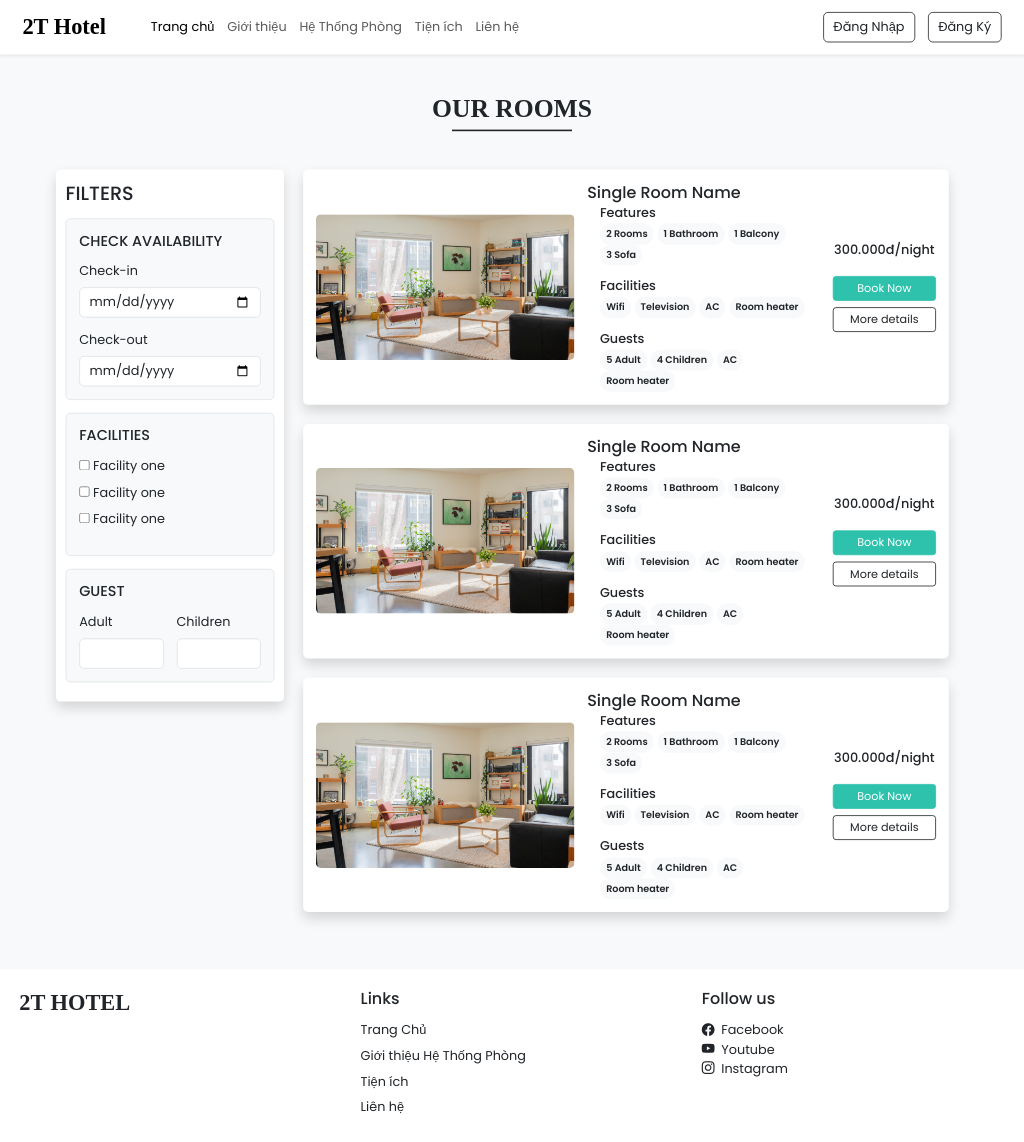
Repository: TaTongThanh2003/DoAnCoSo2024_BookingHotelWebsite
Page: http://localhost/WebsiteBookingHotel/rooms.php
These files come from the project's save history. The page is drawn as it stood at one moment and after the next save; the edit follows.
The browser window is 1280 px wide. The pictures show the whole page, at 80% of full size.
Some web fonts or font styles are not loaded; a fallback is used. The page is run by PHP 8.4 with error messages shown; the project is at /var/www/html/.

Above is the page before, as saved 2024-03-23 22:22:42.

### WebsiteBookingHotel/rooms.php
<!DOCTYPE html>
<html lang="en">

<head>
    <meta charset="UTF-8">
    <meta http-equiv="X-UA-Compatible" content="IE-edge">
    <meta name="viewport" content="width=device-width, initial-scale=1.0">
    <title>2T Hotel - ROOMS</title>
    <?php require('inc/links.php'); ?>
    <style>
    .pop:hover {
        border-top-color: var(--teal) !important;
        transform: scale(1.03);
        transition: all 0.3s;
    }
    </style>
    <link rel="stylesheet" href="https://cdn.jsdelivr.net/npm/swiper@11/swiper-bundle.min.css" />
    <style>
    @media screen and (max-width: 575px) {
        .availability-form {
            margin: 25px;
            padding: 0 35px;
        }
    }
    </style>
</head>

<body class="bg-light">
    <?php require('inc/header.php'); ?>

    <div class="my-5 px-4">
        <h2 class="fw-bold h-font text-center">OUR ROOMS</h2>
        <div class="h-line bg-dark"></div>
    </div>
    <div class="container">
        <div class="row">
            <div class="col-lg-3 col-md-12 mb-lg-0 mb-4 px-lg-0">
                <nav class="navbar navbar-expand-lg navbar-light bg-white rounded shadow ">
                    <div class="container-fluid flex-lg-column align-items-stretch">
                        <h4 class="mt-2">FILTERS</h4>
                        <button class="navbar-toggler " type="button" data-bs-toggle="collapse"
                            data-bs-target="#filterDropdown">
                            <span class="navbar-toggler-icon"></span>
                        </button>
                        <div class="collapse navbar-collapse flex-column align-items-stretch mt-2" id="filterDropdown">
                            <div class="border bg-light p-3 rounded mb-3">
                                <h5 class="mb-3" style="font-size: 18px;">CHECK AVAILABILITY</h5>
                                <label class="form-label">Check-in</label>
                                <input type="date" class="form-control shadow-none mb-3">
                                <label class="form-label">Check-out</label>
                                <input type="date" class="form-control shadow-none">
                            </div>
                            <div class="border bg-light p-3 rounded mb-3">
                                <h5 class="mb-3" style="font-size: 18px;">FACILITIES</h5>
                                <div class="mb-2">
                                    <input type="checkbox" id="f1" class="form-check-control shadow-none mb-3">
                                    <label class="form-check-label" for="f1">Facility one</label>
                                    <div class="mb-2">
                                        <input type="checkbox" id="f2" class="form-check-control shadow-none mb-3">
                                        <label class="form-check-label" for="f2">Facility one</label>
                                        <div class="mb-2">
                                            <input type="checkbox" id="f3" class="form-check-control shadow-none mb-3">
                                            <label class="form-check-label" for="f3">Facility one</label>
                                        </div>

                                    </div>
                                </div>
                            </div>
                            <div class="border bg-light p-3 rounded mb-3">
                                <h5 class="mb-3" style="font-size: 18px;">GUEST</h5>
                                <div class="d-flex">
                                    <div class="me-3">
                                        <label class="form-label">Adult</label>
                                        <input type="number" class="form-control shadow-none">
                                    </div>
                                    <div>
                                        <label class="form-label">Children</label>
                                        <input type="number" class="form-control shadow-none">
                                    </div>
                                </div>
                            </div>
                        </div>
                    </div>
                </nav>
            </div>

            <div class="col-lg-9 col-md-12 px-4">
                <div class="card mb-4 border-0 shadow">
                    <div class="row g-0 p-3 align-items-center ">
                        <div class="col-md-5 mb-lg-0 mb-md-0 mb-3">
                            <img src="images/rooms/1.jpg" class="img-fluid rounded">
                        </div>
                        <div class="col-md-5 px-lg-3 px-md-3 px-0">
                            <h5 class="mb-1">Single Room Name</h5>
                            <div class="features mb-3 px-lg-3">
                                <h6 class="mb-1">Features</h6>
                                <span class="badge rounded-pill bg-light text-dark text-wrap lh-base">
                                    2 Rooms
                                </span>
                                <span class="badge rounded-pill bg-light text-dark text-wrap lh-base">
                                    1 Bathroom
                                </span>
                                <span class="badge rounded-pill bg-light text-dark text-wrap lh-base">
                                    1 Balcony
                                </span>
                                <span class="badge rounded-pill bg-light text-dark text-wrap lh-base">
                                    3 Sofa
                                </span>
                            </div>
                            <div class="facilities mb-3 px-lg-3">
                                <h6 class="mb-1">Facilities</h6>
                                <span class="badge rounded-pill bg-light text-dark text-wrap lh-base">
                                    Wifi
                                </span>
                                <span class="badge rounded-pill bg-light text-dark text-wrap lh-base">
                                    Television
                                </span>
                                <span class="badge rounded-pill bg-light text-dark text-wrap lh-base">
                                    AC
                                </span>
                                <span class="badge rounded-pill bg-light text-dark text-wrap lh-base">
                                    Room heater
                                </span>
                            </div>
                            <div class="guests px-lg-3">
                                <h6 class="mb-1">Guests</h6>
                                <span class="badge rounded-pill bg-light text-dark text-wrap lh-base">
                                    5 Adult
                                </span>
                                <span class="badge rounded-pill bg-light text-dark text-wrap lh-base">
                                    4 Children
                                </span>
                                <span class="badge rounded-pill bg-light text-dark text-wrap lh-base">
                                    AC
                                </span>
                                <span class="badge rounded-pill bg-light text-dark text-wrap lh-base">
                                    Room heater
                                </span>
                            </div>
                        </div>
                        <div class="col-md-2 mt-lg-0 mt-md-0 mt-4 text-center">
                            <h6 class="mb-4">300.000đ/night</h6>
                            <a href="#" class="btn btn-sm w-100 text-white custom-bg shadow-none mb-2">Book Now</a>
                            <a href="#" class="btn btn-sm w-100 btn-outline-dark shadow-none">More details</a>
                        </div>
                    </div>
                </div>
                <div class="card mb-4 border-0 shadow">
                    <div class="row g-0 p-3 align-items-center ">
                        <div class="col-md-5 mb-lg-0 mb-md-0 mb-3">
                            <img src="images/rooms/1.jpg" class="img-fluid rounded">
                        </div>
                        <div class="col-md-5 px-lg-3 px-md-3 px-0">
                            <h5 class="mb-1">Single Room Name</h5>
                            <div class="features mb-3 px-lg-3">
                                <h6 class="mb-1">Features</h6>
                                <span class="badge rounded-pill bg-light text-dark text-wrap lh-base">
                                    2 Rooms
                                </span>
                                <span class="badge rounded-pill bg-light text-dark text-wrap lh-base">
                                    1 Bathroom
                                </span>
                                <span class="badge rounded-pill bg-light text-dark text-wrap lh-base">
                                    1 Balcony
                                </span>
                                <span class="badge rounded-pill bg-light text-dark text-wrap lh-base">
                                    3 Sofa
                                </span>
                            </div>
                            <div class="facilities mb-3 px-lg-3">
                                <h6 class="mb-1">Facilities</h6>
                                <span class="badge rounded-pill bg-light text-dark text-wrap lh-base">
                                    Wifi
                                </span>
                                <span class="badge rounded-pill bg-light text-dark text-wrap lh-base">
                                    Television
                                </span>
                                <span class="badge rounded-pill bg-light text-dark text-wrap lh-base">
                                    AC
                                </span>
                                <span class="badge rounded-pill bg-light text-dark text-wrap lh-base">
                                    Room heater
                                </span>
                            </div>
                            <div class="guests px-lg-3">
                                <h6 class="mb-1">Guests</h6>
                                <span class="badge rounded-pill bg-light text-dark text-wrap lh-base">
                                    5 Adult
                                </span>
                                <span class="badge rounded-pill bg-light text-dark text-wrap lh-base">
                                    4 Children
                                </span>
                                <span class="badge rounded-pill bg-light text-dark text-wrap lh-base">
                                    AC
                                </span>
                                <span class="badge rounded-pill bg-light text-dark text-wrap lh-base">
                                    Room heater
                                </span>
                            </div>
                        </div>
                        <div class="col-md-2 text-center">
                            <h6 class="mb-4">300.000đ/night</h6>
                            <a href="#" class="btn btn-sm w-100 text-white custom-bg shadow-none mb-2">Book Now</a>
                            <a href="#" class="btn btn-sm w-100 btn-outline-dark shadow-none">More details</a>
                        </div>
                    </div>
                </div>
                <div class="card mb-4 border-0 shadow">
                    <div class="row g-0 p-3 align-items-center ">
                        <div class="col-md-5 mb-lg-0 mb-md-0 mb-3">
                            <img src="images/rooms/1.jpg" class="img-fluid rounded">
                        </div>
                        <div class="col-md-5 px-lg-3 px-md-3 px-0">
                            <h5 class="mb-1">Single Room Name</h5>
                            <div class="features mb-3 px-lg-3">
                                <h6 class="mb-1">Features</h6>
                                <span class="badge rounded-pill bg-light text-dark text-wrap lh-base">
                                    2 Rooms
                                </span>
                                <span class="badge rounded-pill bg-light text-dark text-wrap lh-base">
                                    1 Bathroom
                                </span>
                                <span class="badge rounded-pill bg-light text-dark text-wrap lh-base">
                                    1 Balcony
                                </span>
                                <span class="badge rounded-pill bg-light text-dark text-wrap lh-base">
                                    3 Sofa
                                </span>
                            </div>
                            <div class="facilities mb-3 px-lg-3">
                                <h6 class="mb-1">Facilities</h6>
                                <span class="badge rounded-pill bg-light text-dark text-wrap lh-base">
                                    Wifi
                                </span>
                                <span class="badge rounded-pill bg-light text-dark text-wrap lh-base">
                                    Television
                                </span>
                                <span class="badge rounded-pill bg-light text-dark text-wrap lh-base">
                                    AC
                                </span>
                                <span class="badge rounded-pill bg-light text-dark text-wrap lh-base">
                                    Room heater
                                </span>
                            </div>
                            <div class="guests px-lg-3">
                                <h6 class="mb-1">Guests</h6>
                                <span class="badge rounded-pill bg-light text-dark text-wrap lh-base">
                                    5 Adult
                                </span>
                                <span class="badge rounded-pill bg-light text-dark text-wrap lh-base">
                                    4 Children
                                </span>
                                <span class="badge rounded-pill bg-light text-dark text-wrap lh-base">
                                    AC
                                </span>
                                <span class="badge rounded-pill bg-light text-dark text-wrap lh-base">
                                    Room heater
                                </span>
                            </div>
                        </div>
                        <div class="col-md-2 text-center">
                            <h6 class="mb-4">300.000đ/night</h6>
                            <a href="#" class="btn btn-sm w-100 text-white custom-bg shadow-none mb-2">Book Now</a>
                            <a href="#" class="btn btn-sm w-100 btn-outline-dark shadow-none">More details</a>
                        </div>
                    </div>
                </div>
            </div>
        </div>
    </div>

    <!-- footer -->
    <?php require('inc/footer.php'); ?>




    <!-- <script src="https://cdn.jsdelivr.net/npm/swiper@11/swiper-bundle.min.js"></script>
    <script src="https://cdn.jsdelivr.net/npm/bootstrap@5.3.3/dist/js/bootstrap.bundle.min.js"
        integrity="sha384-YvpcrYf0tY3lHB60NNkmXc5s9fDVZLESaAA55NDzOxhy9GkcIdslK1eN7N6jIeHz" crossorigin="anonymous">
    </script> -->
    <!-- <script>
    var swiper = new Swiper(".swiper-container", {
        spaceBetween: 30,
        effect: "fade",
        loop: true,
        autoplay: {
            delay: 3500,
            disableOnInteraction: false,
        }
    });
    var swiper = new Swiper(".swiper-testimonials", {
        effect: "coverflow",
        grabCursor: true,
        centeredSlides: true,
        slidesPerView: "auto",
        slidesPerView: "3",
        loop: true,
        coverflowEffect: {
            rotate: 50,
            stretch: 0,
            depth: 100,
            modifier: 1,
            slideShadows: false,
        },
        pagination: {
            el: ".swiper-pagination",
        },
        breakpoints: {
            320: {
                slidesPerView: 1,
            },
            640: {
                slidesPerView: 1,
            },
            768: {
                slidesPerView: 2,
            },
            1024: {
                slidesPerView: 3,
            },
        }
    });
    </script> -->
</body>

</html>

### WebsiteBookingHotel/inc/links.php
<link href="https://cdn.jsdelivr.net/npm/bootstrap@5.3.3/dist/css/bootstrap.min.css" rel="stylesheet"
    integrity="sha384-QWTKZyjpPEjISv5WaRU9OFeRpok6YctnYmDr5pNlyT2bRjXh0JMhjY6hW+ALEwIH" crossorigin="anonymous">
<link href="https://fonts.googleapis.com/css2?family=Merienda:wght@400;700&family=Poppins:wght@400;500;600&display=swap"
    rel="stylesheet">
<link rel="stylesheet" href="https://cdn.jsdelivr.net/npm/bootstrap-icons@1.11.3/font/bootstrap-icons.min.css">
<link rel="stylesheet" href="css/common.css">

### WebsiteBookingHotel/inc/footer.php
<div class="container-fluid bg-white mt-5">
    <div class="row">
        <div class="col-lg-4 p-4">
            <h3 class="h-font fw-bold fs-3">2T HOTEL</h3>
            <p>

            </p>
        </div>
        <div class="col-lg-4 p-4">
            <h5 class="mb-3">Links</h5>
            <a href="index.php" class="d-inline-block mb-2 text-dark text-decoration-none">Trang Chủ</a><br>
            <a href="about.php" class="d-inline-block mb-2 text-dark text-decoration-none">Giới thiệu</a>
            <a href="rooms.php" class="d-inline-block mb-2 text-dark text-decoration-none">Hệ Thống Phòng</a><br>
            <a href="facilities.php" class="d-inline-block mb-2 text-dark text-decoration-none">Tiện ích</a><br>
            <a href="contact.php" class="d-inline-block mb-2 text-dark text-decoration-none">Liên hệ</a><br>
        </div>
        <div class="col-lg-4 p-4">
            <h5 class="mb-3">Follow us</h5>
            <a href="#" class="d-inline-block text-dark text-decoration-none md-2">
                <i class="bi bi-facebook me-1"></i> Facebook
            </a><br>
            <a href="#" class="d-inline-block text-dark text-decoration-none md-2">
                <i class="bi bi-youtube me-1"></i> Youtube
            </a><br>
            <a href="#" class="d-inline-block text-dark text-decoration-none ">
                <i class="bi bi-instagram me-1"></i> Instagram
            </a><br>
        </div>
    </div>
</div>

### WebsiteBookingHotel/css/common.css
:root{
    --teal: #2ec1ac;
    --teal_hover: #279e8c;
}

* {
    font-family: 'Poppins', sans-serif;
}

.h-font {
    font-family: 'Merienda', cursive;
}

input::-webkit-outer-spin-button,
input::-webkit-inner-spin-button {
    -webkit-appearance: none;
    margin: 0;
}

/* input[type=number] {
    -moz-appearance: textfield;
} */

.custom-bg {
    background-color: var(--teal);
    border: 1px solid var(--teal);
}

.custom-bg:hover {
    background-color: var(--teal_hover);
    border-color: var(--teal_hover);
}

.availability-form {
    margin-top: -50px;
    z-index: 2;
    position: relative;
}
.h-line{
    width: 150px ;
    margin: 0 auto;
    height: 1.7px;
}

Loaded but not shown: WebsiteBookingHotel/inc/header.php (150 lines, source omitted)

After the next save:
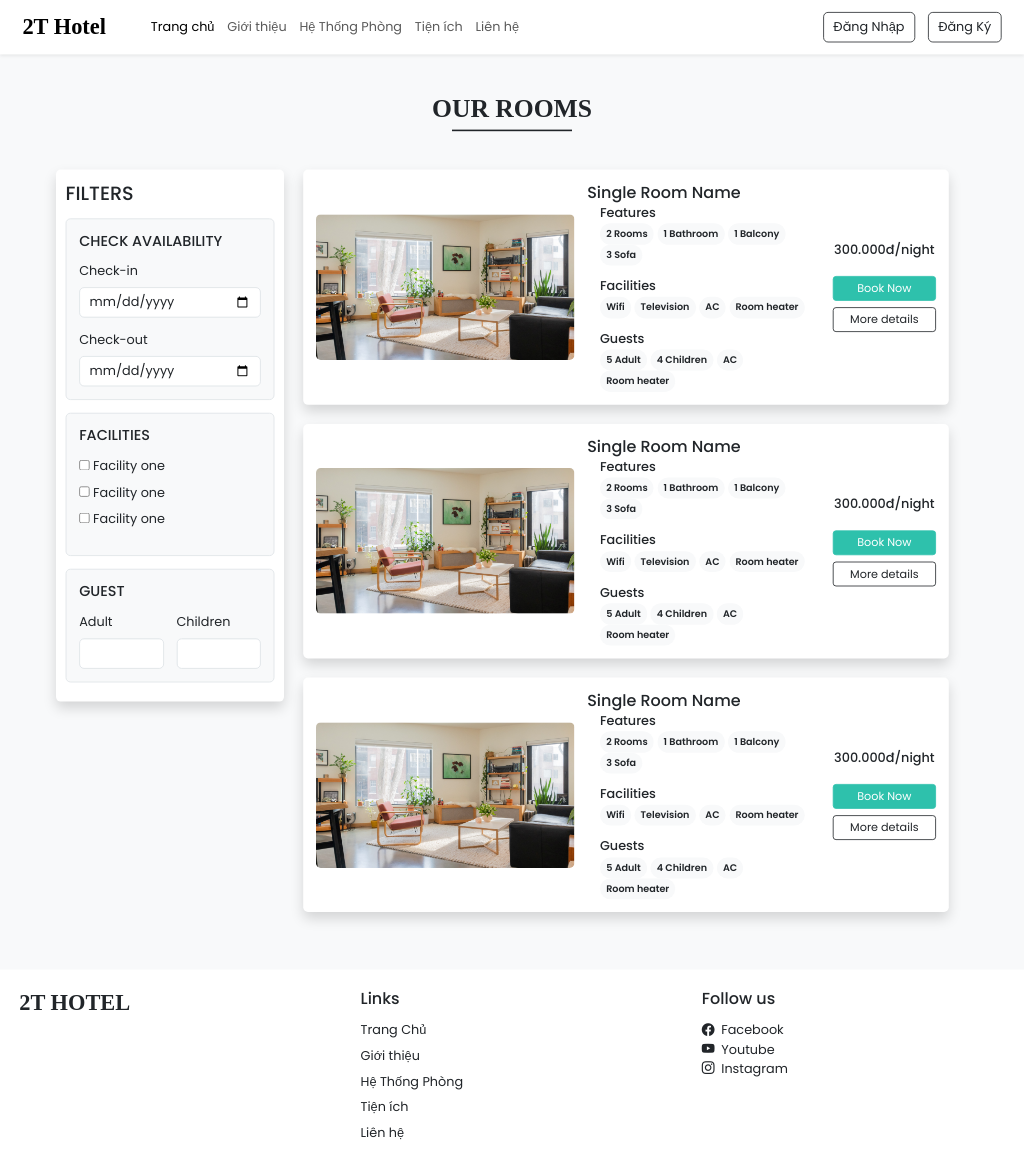
Saved 77 s later.
--- a/WebsiteBookingHotel/inc/footer.php
+++ b/WebsiteBookingHotel/inc/footer.php
@@ -9,7 +9,7 @@
         <div class="col-lg-4 p-4">
             <h5 class="mb-3">Links</h5>
             <a href="index.php" class="d-inline-block mb-2 text-dark text-decoration-none">Trang Chủ</a><br>
-            <a href="about.php" class="d-inline-block mb-2 text-dark text-decoration-none">Giới thiệu</a>
+            <a href="about.php" class="d-inline-block mb-2 text-dark text-decoration-none">Giới thiệu</a> <br>
             <a href="rooms.php" class="d-inline-block mb-2 text-dark text-decoration-none">Hệ Thống Phòng</a><br>
             <a href="facilities.php" class="d-inline-block mb-2 text-dark text-decoration-none">Tiện ích</a><br>
             <a href="contact.php" class="d-inline-block mb-2 text-dark text-decoration-none">Liên hệ</a><br>
